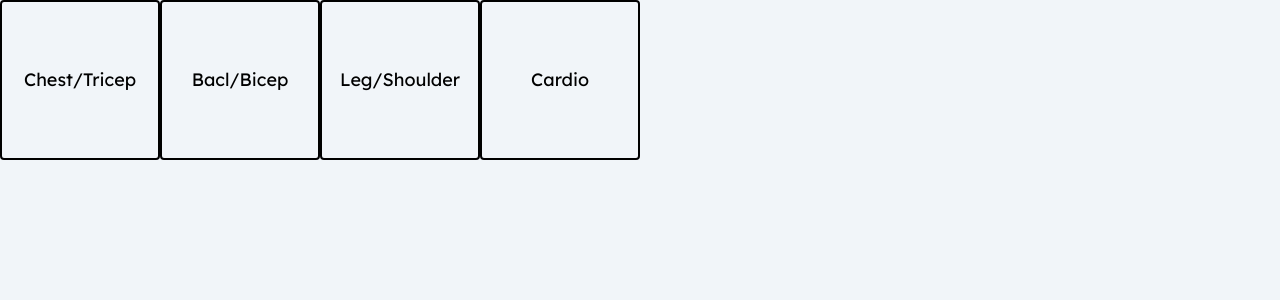
Repository: stavan30/tracker
Page: /
The author's editor kept a copy of each file at every save. The page is drawn from the files as they stood at one save, then again after the next save.
The browser window is 1280 px wide. The pictures show the whole page.
The project was rebuilt for these pictures with package versions that can differ from the ones it lists, and the page was loaded fresh each time. Also part of the build but not shown: vite.config.js.

Above is the page before, as saved 2024-02-23 18:02:17.

### src/App.jsx
import { useState } from 'react';
import Card from './Components/Card';

function App() {


  return (
    <div className='flex items-start'>
      <Card day="Chest/Tricep"/>
      <Card day="Bacl/Bicep"/>
      <Card day="Leg/Shoulder"/>
      <Card day="Cardio"/>
    </div>
  )
}

export default App

### src/index.css
@import url('https://fonts.googleapis.com/css2?family=Lexend:wght@100..900&display=swap');

@tailwind base;
@tailwind components;
@tailwind utilities;

@layer utilities {
  body {
    @apply bg-slate-100;
  }
}

### src/Components/Card.jsx
import React from 'react'

const Card = (props) => {
  return (
    <div className='flex items-center justify-center text-black text-lg font-lex border-2 border-black rounded h-40 w-40 text-center '>{props.day}</div>
  )
}

export default Card

### tailwind.config.js
/** @type {import('tailwindcss').Config} */
export default {
  content: [
    "./index.html",
    "./src/**/*.{js,ts,jsx,tsx}",
  ],
  theme: {
    extend: {},
    fontFamily: {
      lex: ["Lexend", "sans-serif"]
    }
  },
  plugins: [],
}

Loaded but not shown: index.html (common file); src/main.jsx (common file)

After the next save:
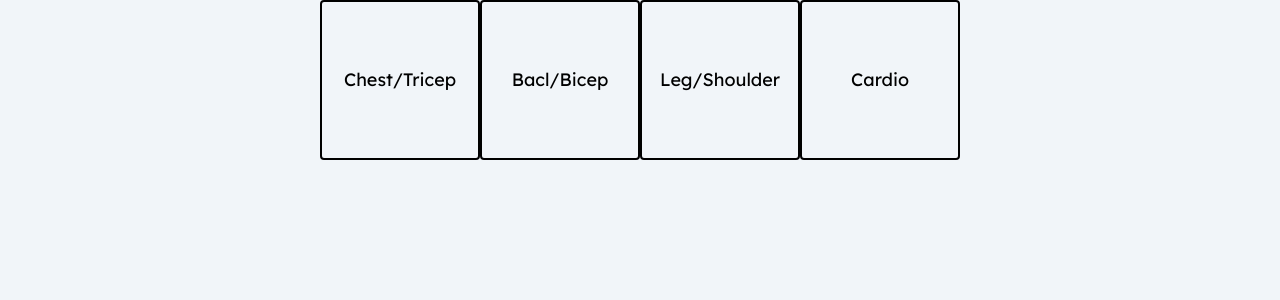
Saved 9 s later.
--- a/src/App.jsx
+++ b/src/App.jsx
@@ -5,7 +5,7 @@ function App() {
 
 
   return (
-    <div className='flex items-start'>
+    <div className='flex justify-center'>
       <Card day="Chest/Tricep"/>
       <Card day="Bacl/Bicep"/>
       <Card day="Leg/Shoulder"/>
